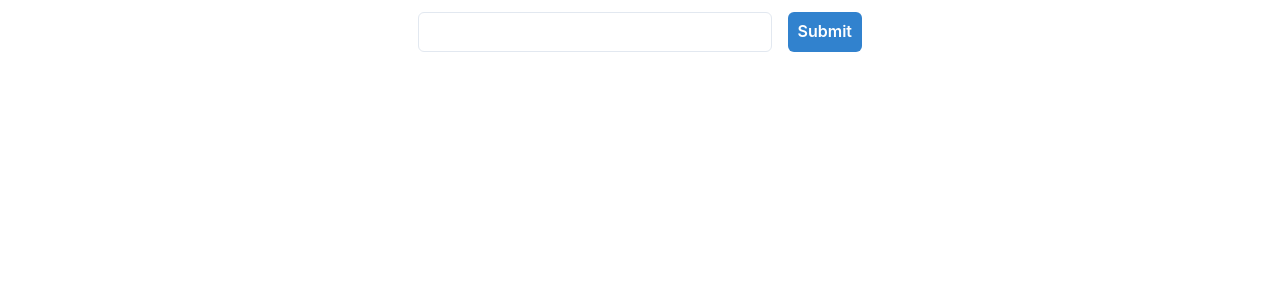
Repository: jammy729/todo-react
Page: /
The author's editor kept a copy of each file at every save. The page is drawn from the files as they stood at one save, then again after a run of saves.
The browser window is 1280 px wide. The pictures show the whole page.
The page's requests for data from a server got no answer. The project was rebuilt for these pictures with package versions that can differ from the ones it lists, and the page was loaded fresh each time. No one was signed in, and anything a server would have sent is missing. Also part of the build but not shown: vite.config.js.

Above is the page before, as saved 2022-07-19 12:31:15.

### index.html
<!DOCTYPE html>
<html lang="en">
  <head>
    <meta charset="UTF-8" />
    <link rel="icon" type="image/svg+xml" href="/vite.svg" />
    <meta name="viewport" content="width=device-width, initial-scale=1.0" />
    <title>ToDo App</title>
  </head>
  <body>
    <div id="root"></div>
    <script type="module" src="/src/main.jsx"></script>
  </body>
</html>

### src/main.jsx
import React from 'react'
import ReactDOM from 'react-dom/client'
import App from './App'
import { ChakraProvider } from '@chakra-ui/react'

ReactDOM.createRoot(document.getElementById('root')).render(
  <React.StrictMode>
    <ChakraProvider>
      <App />
    </ChakraProvider>
  </React.StrictMode>
)

### src/App.jsx
import React, { useState, useEffect } from 'react'
import {
  Container,
  Input,
  Button,
  SimpleGrid,
  Flex,
  Divider,
  Spacer,
  Box,
  ButtonGroup,
  Heading
} from '@chakra-ui/react'
import { db } from './firebase'
import { set, ref, onValue, remove, update } from 'firebase/database'
import { uid } from 'uid'

const App = () => {
  const [todo, setTodo] = useState('')
  const [todos, setTodos] = useState([])
  const [edit, setEdit] = useState(false)
  const [tempUuid, setTempUuid] = useState('')

  const handleChange = e => {
    setTodo(e.target.value)
  }

  // create
  const writeToDatabase = () => {
    const uuid = uid()
    set(ref(db, `/${uuid}`), {
      todo,
      uuid
    })

    setTodo('')
  }
  // read
  useEffect(() => {
    onValue(ref(db), snapshot => {
      setTodos([])
      const data = snapshot.val()
      if (data !== null) {
        Object.values(data).map(todo => {
          setTodos(oldArray => [...oldArray, todo])
        })
      }
    })
  }, [])

  // update
  const handleUpdate = () => {
    setEdit(true)
    setTempUuid(todo.uuid)
    setTodo(todo.todo)
  }

  const handleSubmitChange = () => {
    update(ref(db, `/${tempUuid}`), {
      todo,
      uuid: tempUuid
    })
    setTodo('')
    setEdit(false)
  }

  // delete
  const handleDelete = todo => {
    remove(ref(db, `/${todo.uuid}`))
  }

  return (
    <Container maxW='500px'>
      <Flex m={3}>
        <Input value={todo} onChange={handleChange} mr={4} />
        {edit ? (
          <>
            <Button onClick={handleSubmitChange}>Submit Change</Button>
            <Button
              onClick={() => {
                setEdit(false)
                setTodos('')
              }}
            >
              X
            </Button>
          </>
        ) : (
          <Button onClick={writeToDatabase} colorScheme='blue'>
            Submit
          </Button>
        )}
      </Flex>

      {todos.map(todo => (
        <>
          <Flex mb={3} m={3}>
            <Heading>Todo App</Heading>
            <Box>
              <h1>{todo.todo}</h1>
              {console.log(todo.todo)}
            </Box>
            <Spacer />
            <Box>
              <ButtonGroup>
                <Button
                  onClick={() => handleUpdate(todo)}
                  colorScheme='whatsapp'
                >
                  update
                </Button>
                <Button
                  onClick={() => handleDelete(todo)}
                  variant='outline'
                  colorScheme='red'
                >
                  delete
                </Button>
              </ButtonGroup>
            </Box>
          </Flex>
          <Divider />
        </>
      ))}
    </Container>
  )
}
export default App

### src/firebase.js
import { initializeApp } from 'firebase/app'
import { getDatabase } from 'firebase/database'
// web app configuration
const firebaseConfig = {
  apiKey: 'AIzaSyDkspjkDDXObs-4l_taNELJKtRdVwEASMk',
  authDomain: 'todo-app-73942.firebaseapp.com',
  projectId: 'todo-app-73942',
  storageBucket: 'todo-app-73942.appspot.com',
  messagingSenderId: '1010423735161',
  appId: '1:1010423735161:web:097586fa48bf62dfda85a8'
}

// Initialize Firebase
const app = initializeApp(firebaseConfig)
export const db = getDatabase(app)

After the next 2 saves:
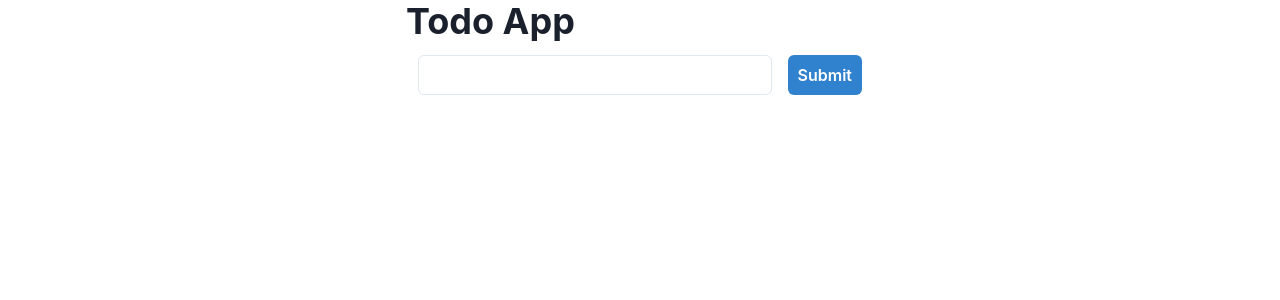
The 2 saves are shown as one change because they came seconds apart.
The last was saved 25 s later.
--- a/src/App.jsx
+++ b/src/App.jsx
@@ -71,6 +71,8 @@ const App = () => {
 
   return (
     <Container maxW='500px'>
+      <Heading>Todo App</Heading>
+
       <Flex m={3}>
         <Input value={todo} onChange={handleChange} mr={4} />
         {edit ? (
@@ -95,7 +97,6 @@ const App = () => {
       {todos.map(todo => (
         <>
           <Flex mb={3} m={3}>
-            <Heading>Todo App</Heading>
             <Box>
               <h1>{todo.todo}</h1>
               {console.log(todo.todo)}
